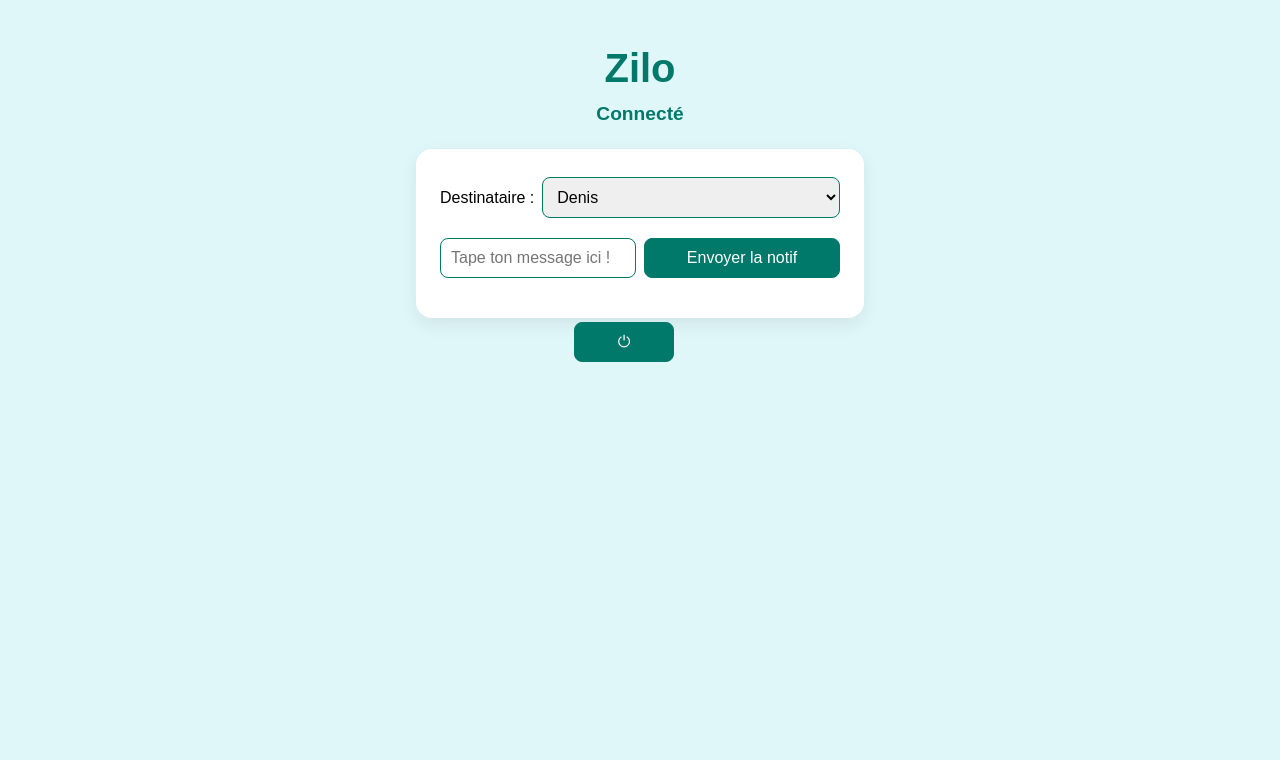
Repository: nlagardere/LumoNet
Page: public/index.html
The author's editor kept a copy of each file at every save. The page is drawn from the files as they stood at one save, then again after a run of saves.
The browser window is 1280 px wide. The pictures show the whole page.

Above is the page before, as saved 2025-08-18 20:29:32.

After the next 5 saves:
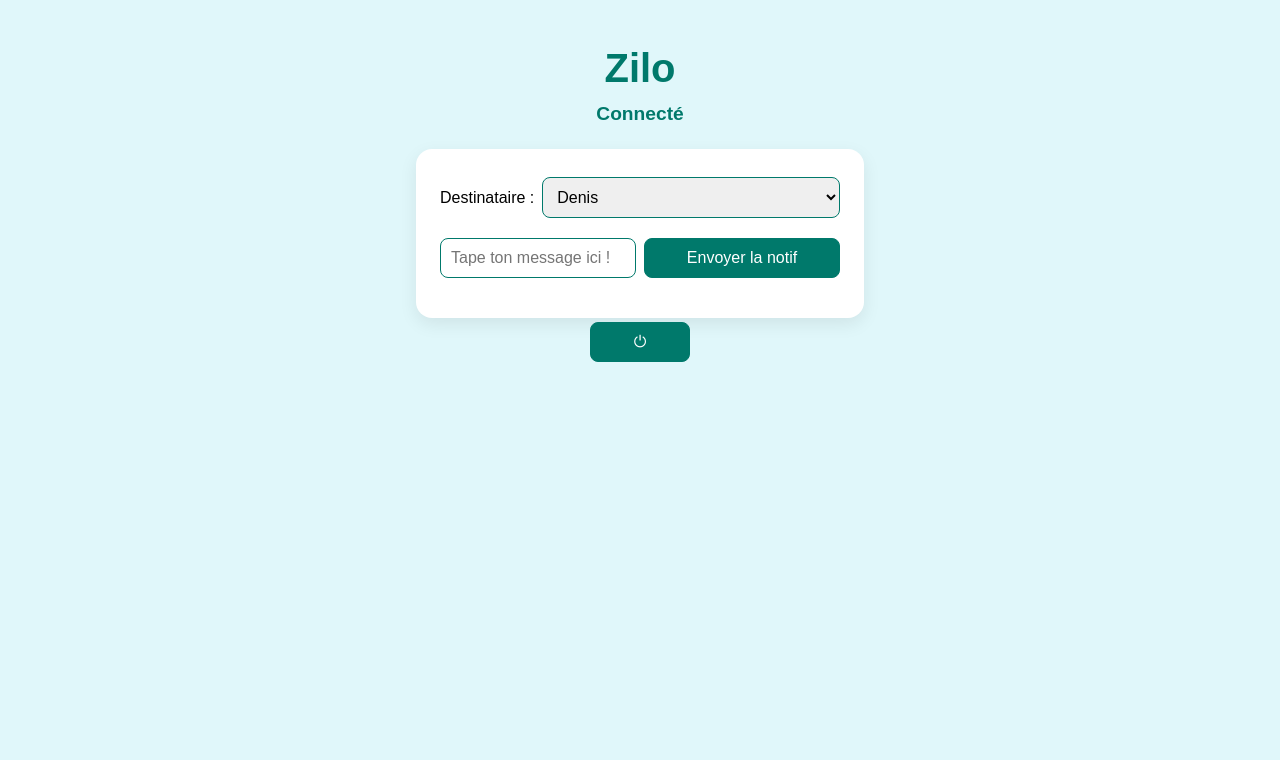
The 5 saves are shown as one change because they came seconds apart.
The last was saved 16 s later.
--- a/public/index.html
+++ b/public/index.html
@@ -80,8 +80,7 @@
 
     .logout {
       position: relative;
-      top: 20%;
-      right:16px;
+      top: 50%;
       display:flex;
       justify-content:center;
       align-items:center;
